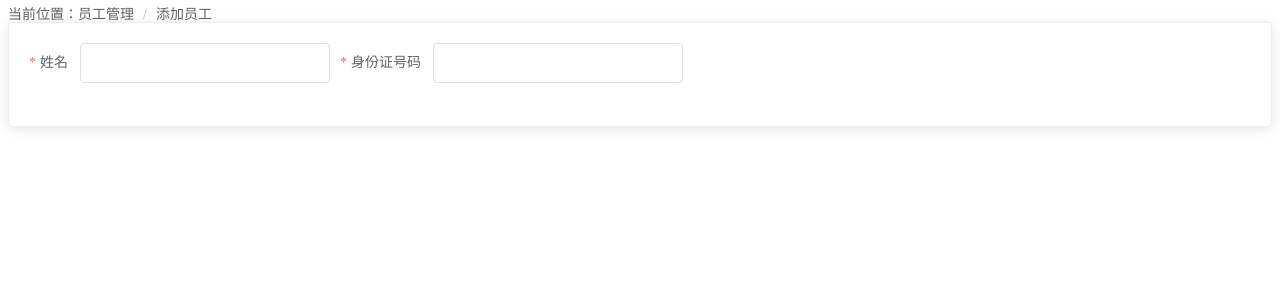
Repository: YUNjwyao/vue_hrm
Page: /#/addEmployee
An editor plug-in stored every save of this project. The page is shown before and after the next save, followed by the edit.
The browser window is 1280 px wide. The pictures show the whole page.
The project was rebuilt for these pictures with package versions that can differ from the ones it lists, and the page was loaded fresh each time. Also part of the build but not shown: src/components/Employee/EmployeeQuery.vue.

Above is the page before, as saved 2020-10-15 20:31:38.

### src/App.vue
<template>
  <div id="app">
     <!-- 路由占位符 -->
     <router-view></router-view>
  </div>
</template>

<script>

export default {

}
</script>

<style lang="less" scoped>

</style>

### src/router/index.js
import Vue from 'vue'
import VueRouter from 'vue-router'
import EmployeeQuery from '../components/Employee/EmployeeQuery.vue'
import ShowAddEmployee from '../components/Employee/ShowAddEmployee.vue'

Vue.use(VueRouter)

const routes = [
 {
   path: '/employee',component: EmployeeQuery
 },
 {
   path: '/addEmployee',component: ShowAddEmployee
 }
]

const router = new VueRouter({
  routes
})

export default router

### src/plugins/element.js
import Vue from 'vue'
import {
    Button,
    Breadcrumb,
    BreadcrumbItem,
    Card,
    Select,
    Option,
    Input,
    Row,
    Table,
    TableColumn,
    Pagination,
    Form,
    FormItem
} from 'element-ui'


Vue.use(Button)
Vue.use(Breadcrumb)
Vue.use(BreadcrumbItem)
Vue.use(Card)
Vue.use(Select)
Vue.use(Option)
Vue.use(Input)
Vue.use(Row)
Vue.use(Table)
Vue.use(TableColumn)
Vue.use(Pagination)
Vue.use(Form)
Vue.use(FormItem)

### src/components/Employee/ShowAddEmployee.vue
<template>
  <div>
    <!-- 面包屑导航 -->
    <el-breadcrumb separator="/">
      <el-breadcrumb-item>当前位置：员工管理</el-breadcrumb-item>
      <el-breadcrumb-item><a href="/">添加员工</a></el-breadcrumb-item>
    </el-breadcrumb>
    <!-- 表单 -->
    <el-card>
      <el-form :model="addForm" :rules="addFormRules" ref="addFormRef" :inline="true">
        <el-row>
			<el-col :span="8">
				<el-form-item label="姓名" prop="name">
            <el-input v-model="addForm.name"></el-input>
          </el-form-item>
			</el-col>
          <el-col :span="8">
			  <el-form-item label="身份证号码" prop="IdNumber">
            <el-input v-model="addForm.IdNumber"></el-input>
           </el-form-item>
		  </el-col>

        </el-row>



      </el-form>
    </el-card>
  </div>
</template>

<script>
export default {
  data() {
    return {
      // 添加表单对象
      addForm: {
        name: "",
        IdNumber: "",
      },
      // 添加表单校验规则对象
      addFormRules: {
        name: [
          { required: true, message: "请输入活动名称", trigger: "blur" },
          { min: 3, max: 5, message: "长度在 3 到 5 个字符", trigger: "blur" },
        ],
        IdNumber: [
          { required: true, message: "请输入活动名称", trigger: "blur" },
        ],
      },
    };
  },
};
</script>

<style lang="less" scoped>
.el-input {
  width: 250px;
}
</style>

Loaded but not shown: public/index.html (common file); src/main.js (common file); src/store/index.js (common file)

After the next save:
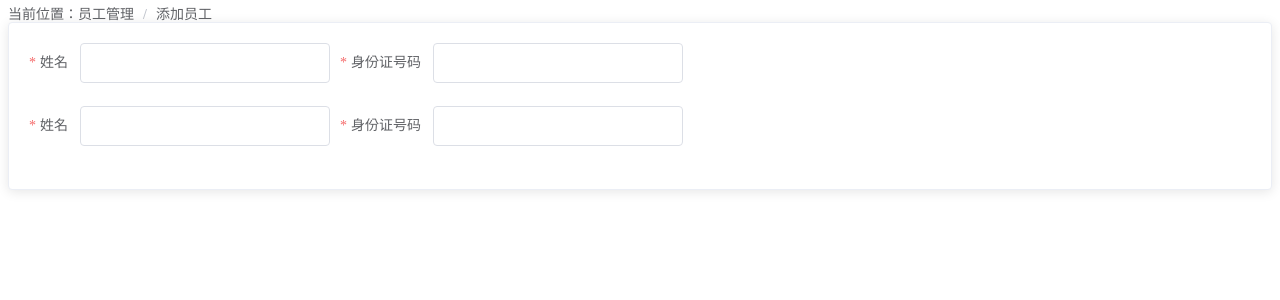
Saved 22 s later.
--- a/src/components/Employee/ShowAddEmployee.vue
+++ b/src/components/Employee/ShowAddEmployee.vue
@@ -7,23 +7,37 @@
     </el-breadcrumb>
     <!-- 表单 -->
     <el-card>
-      <el-form :model="addForm" :rules="addFormRules" ref="addFormRef" :inline="true">
+      <el-form
+        :model="addForm"
+        :rules="addFormRules"
+        ref="addFormRef"
+        :inline="true"
+      >
         <el-row>
-			<el-col :span="8">
-				<el-form-item label="姓名" prop="name">
-            <el-input v-model="addForm.name"></el-input>
-          </el-form-item>
-			</el-col>
           <el-col :span="8">
-			  <el-form-item label="身份证号码" prop="IdNumber">
-            <el-input v-model="addForm.IdNumber"></el-input>
-           </el-form-item>
-		  </el-col>
-
+            <el-form-item label="姓名" prop="name">
+              <el-input v-model="addForm.name"></el-input>
+            </el-form-item>
+          </el-col>
+          <el-col :span="8">
+            <el-form-item label="身份证号码" prop="IdNumber">
+              <el-input v-model="addForm.IdNumber"></el-input>
+            </el-form-item>
+          </el-col>
         </el-row>
 
-
-
+        <el-row>
+          <el-col :span="8">
+            <el-form-item label="姓名" prop="name">
+              <el-input v-model="addForm.name"></el-input>
+            </el-form-item>
+          </el-col>
+          <el-col :span="8">
+            <el-form-item label="身份证号码" prop="IdNumber">
+              <el-input v-model="addForm.IdNumber"></el-input>
+            </el-form-item>
+          </el-col>
+        </el-row>
       </el-form>
     </el-card>
   </div>
